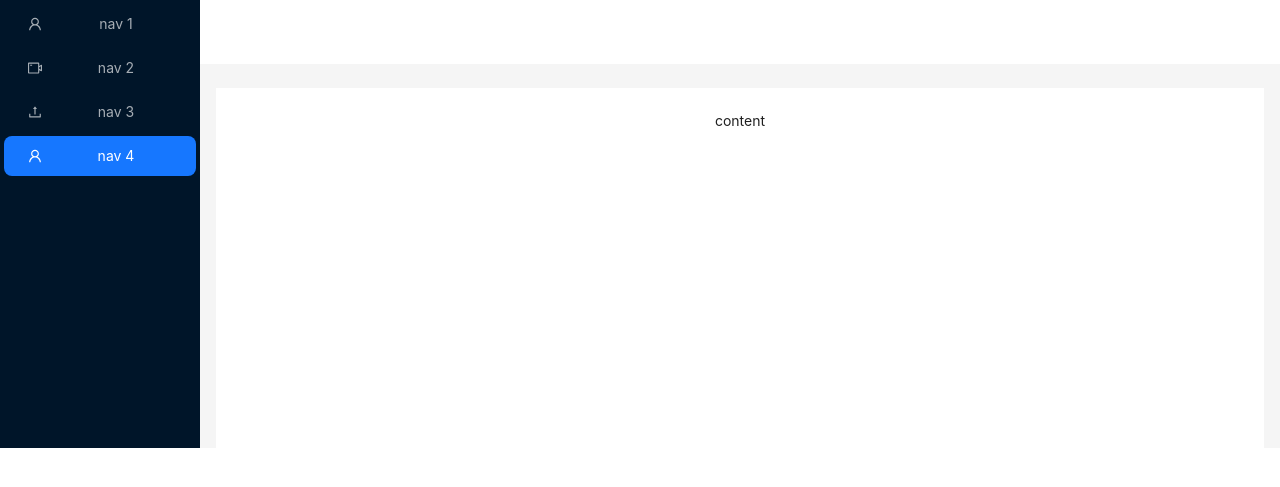
Repository: runner855/todolist_new
Page: /
An editor plug-in stored every save of this project. The page is shown before and after the next save, followed by the edit.
The browser window is 1280 px wide. The pictures show the whole page.
The project was rebuilt for these pictures with package versions that can differ from the ones it lists, and the page was loaded fresh each time.

Above is the page before, as saved 2023-03-19 16:11:53.

After the next save:
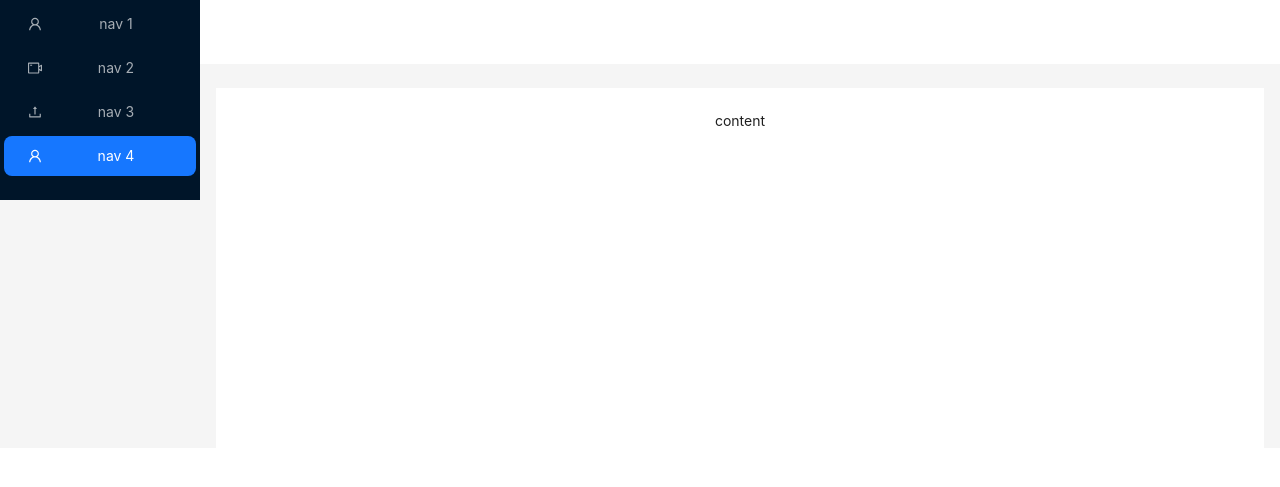
Saved 7 min 8 s later.
--- a/src/components/NavBar/NavBar.tsx
+++ b/src/components/NavBar/NavBar.tsx
@@ -16,6 +16,7 @@ export const NavBar = () => {
       <Sider
         breakpoint="lg"
         collapsedWidth="0"
+        style={{height:200}}
         onBreakpoint={(broken) => {
           console.log(broken);
         }}
